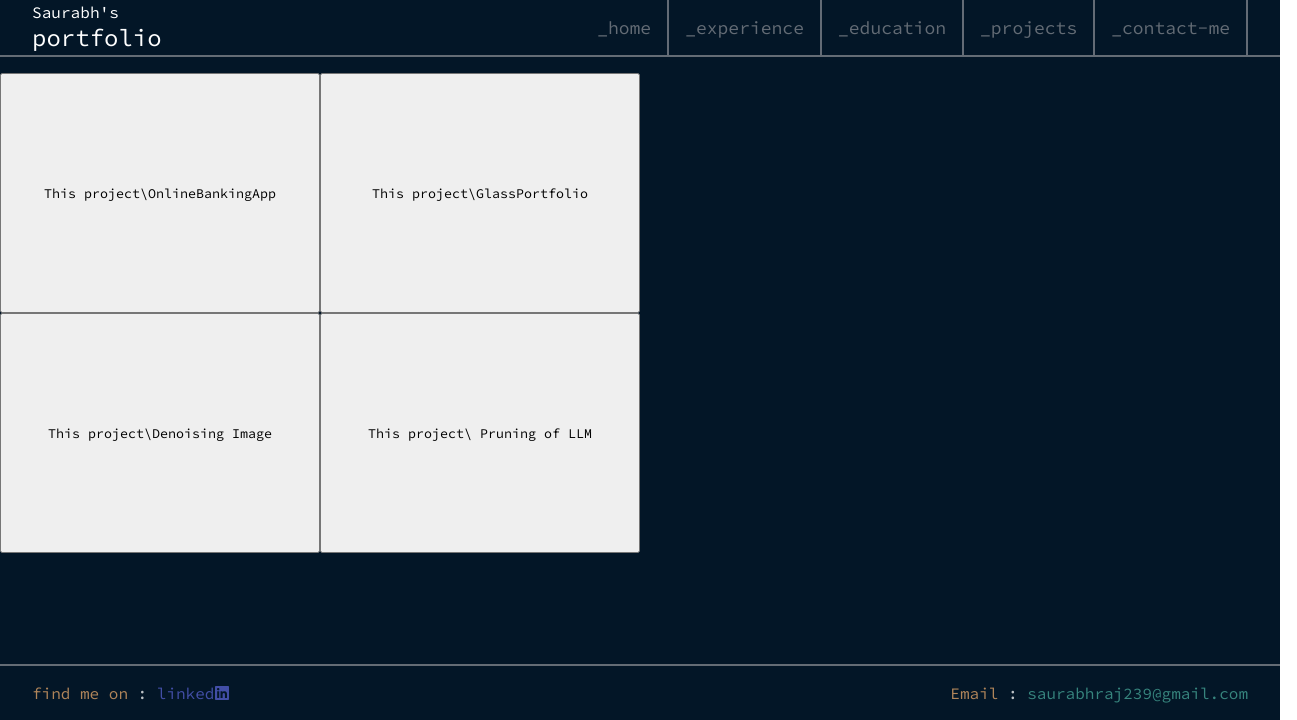
Repository: saurabhraj23/FrontendReactPortfolio
Page: /projects
An editor plug-in stored every save of this project. The page is shown before and after the next save, followed by the edit.
The browser window is 1280 px wide. The page is 1280 px wide, then 1297 px, so the pictures cover 1297 px, including what lies to the right of the window. The pictures show the whole page.
The project was rebuilt for these pictures with package versions that can differ from the ones it lists, and the page was loaded fresh each time. Also part of the build but not shown: vite.config.js, src/components/Education.jsx, src/components/Experience.jsx, src/components/Contacts.jsx, src/styles/default-page.css, src/components/DefaultPage.jsx.

Above is the page before, as saved 2024-07-23 01:13:38.

After the next save:
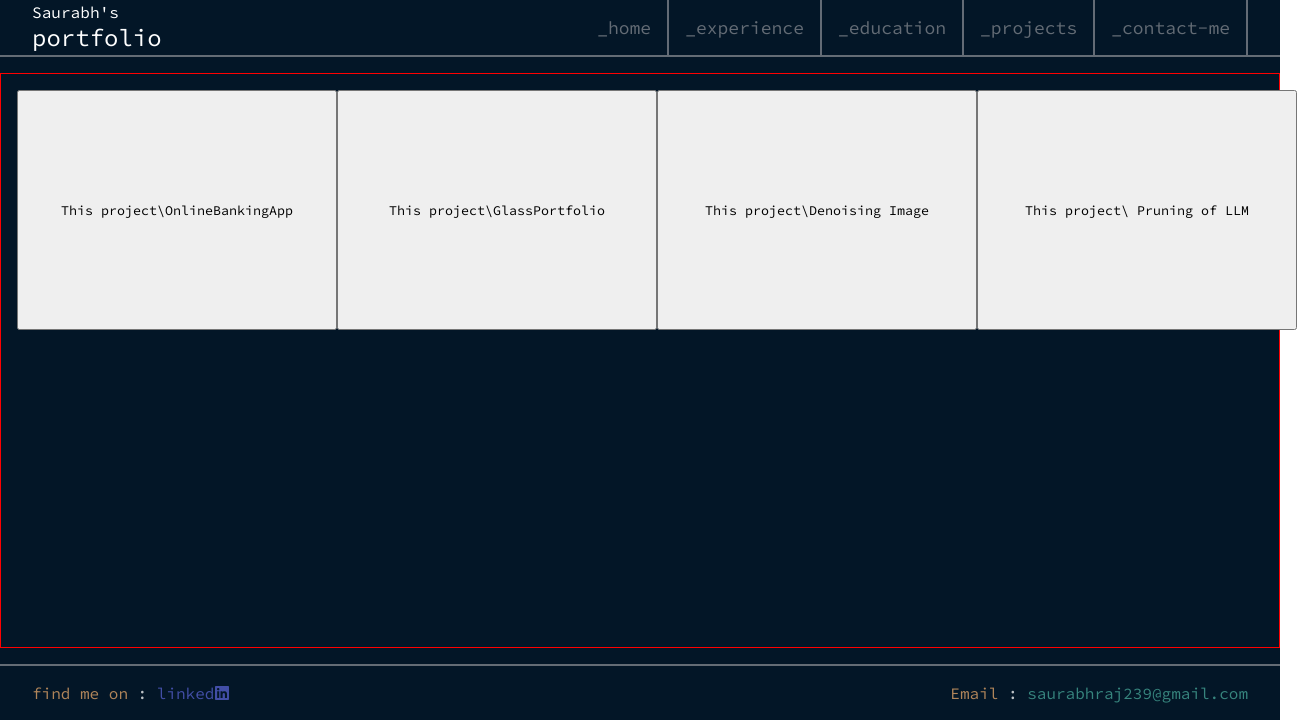
Saved 37 s later.
--- a/src/styles/project.css
+++ b/src/styles/project.css
@@ -2,13 +2,13 @@
   border: 1px solid red;
   display: none;
 }
-/* .projects-right-side{
+.projects-right-side{
   border: 1px solid red;
   grid-column: 1/3;
   display: flex;
   justify-content: space-between;
   padding: 1rem;
-} */
+}
 
 .project-item{
   position: relative;
